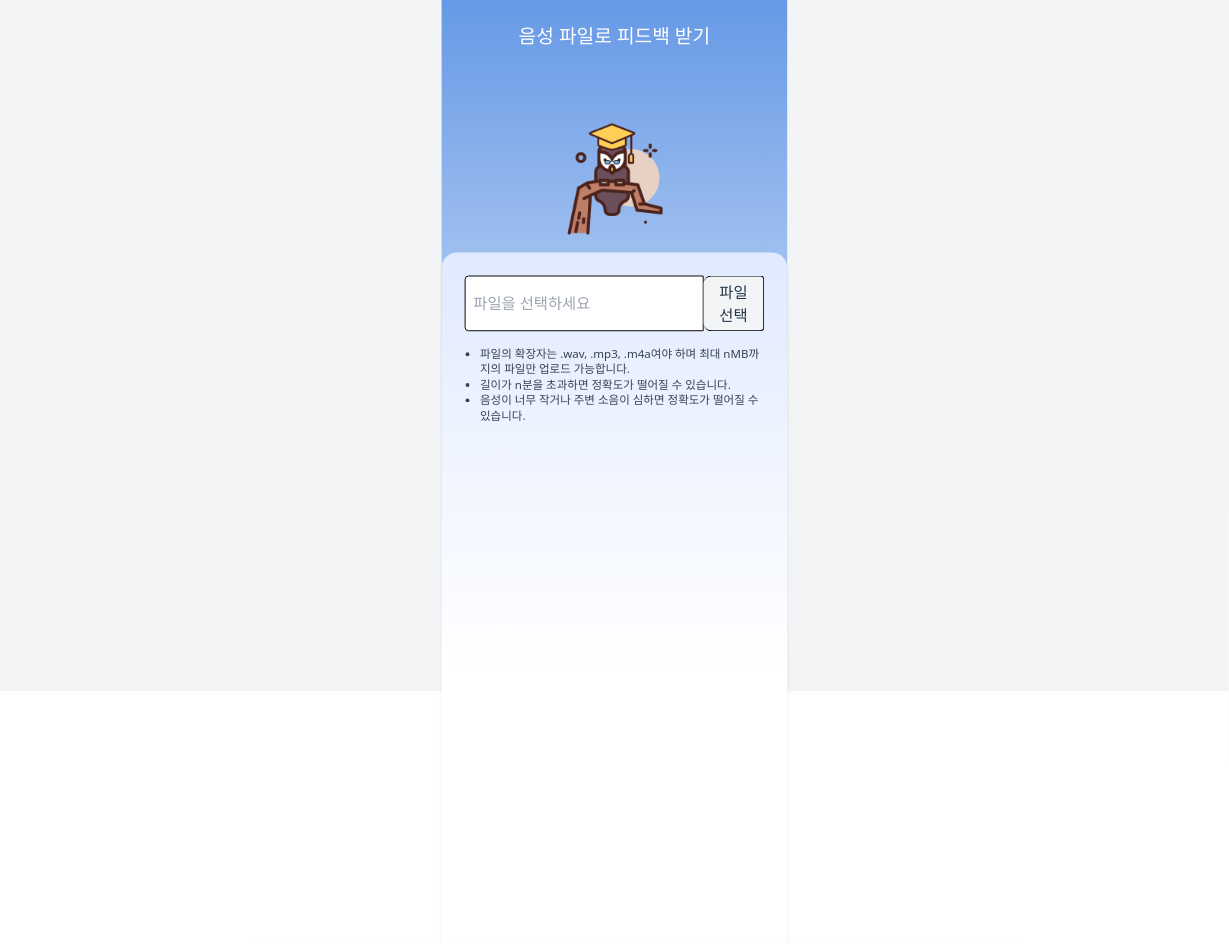
Repository: yurim1205/mini_front
Page: /file (app in frontend/)
An editor plug-in stored every save of this project. The page is shown before and after the next save, followed by the edit.
The browser window is 1280 px wide. The pictures show the whole page, at 96% of full size.
The project was rebuilt for these pictures with package versions that can differ from the ones it lists, and the page was loaded fresh each time. Also part of the build but not shown: frontend/vite.config.js, frontend/src/components/common/Button.jsx, frontend/src/components/buttons/fileFeedbackBtn.jsx, frontend/src/components/buttons/rec_FeedbackBtn.jsx, frontend/src/pages/home.jsx, frontend/src/pages/recordFeedback.jsx.

Above is the page before, as saved 2025-05-14 09:42:33.

After the next save:
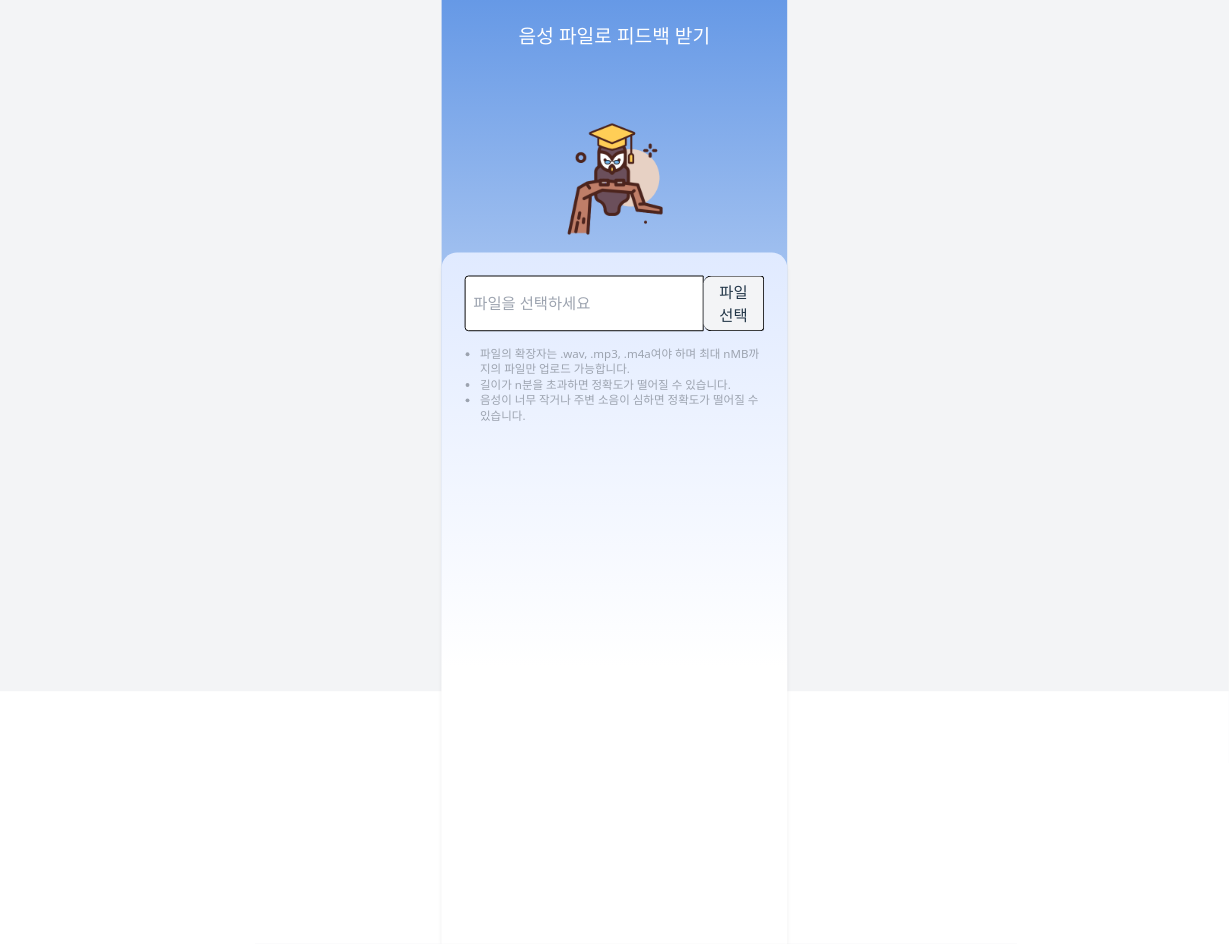
Saved 4 min 51 s later.
--- a/frontend/src/pages/fileFeedback.jsx
+++ b/frontend/src/pages/fileFeedback.jsx
@@ -42,7 +42,7 @@
               파일 선택
             </button>
           </div>
-          <ul className="text-xs text-gray-700 w-full list-disc pl-4">
+          <ul className="text-xs text-gray-400 w-full list-disc pl-4">
             <li>파일의 확장자는 .wav, .mp3, .m4a여야 하며 최대 nMB까지의 파일만 업로드 가능합니다.</li>
             <li>길이가 n분을 초과하면 정확도가 떨어질 수 있습니다.</li>
             <li>음성이 너무 작거나 주변 소음이 심하면 정확도가 떨어질 수 있습니다.</li>
